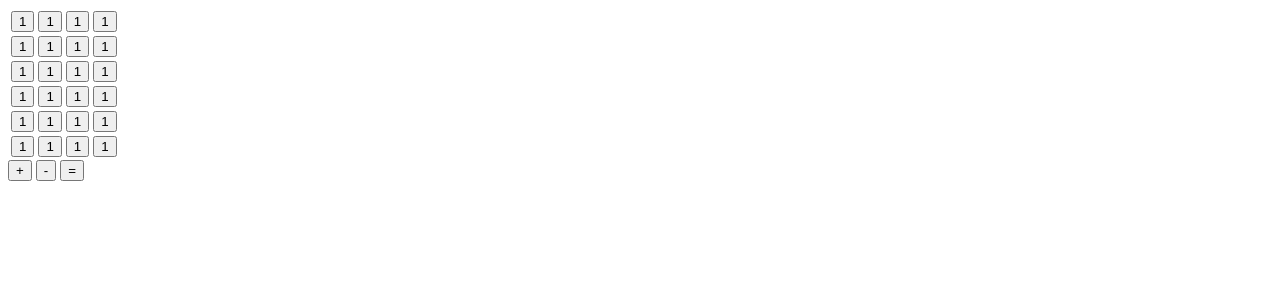
Repository: water-case/Servlet_JSP_JSPMVC
Page: workspace/JSPPrj/src/main/webapp/calc3.html
The author's editor kept a copy of each file at every save. The page is drawn from the files as they stood at one save, then again after the next save.
The browser window is 1280 px wide. The pictures show the whole page.

Above is the page before, as saved 2021-08-26 03:48:36.

After the next save:
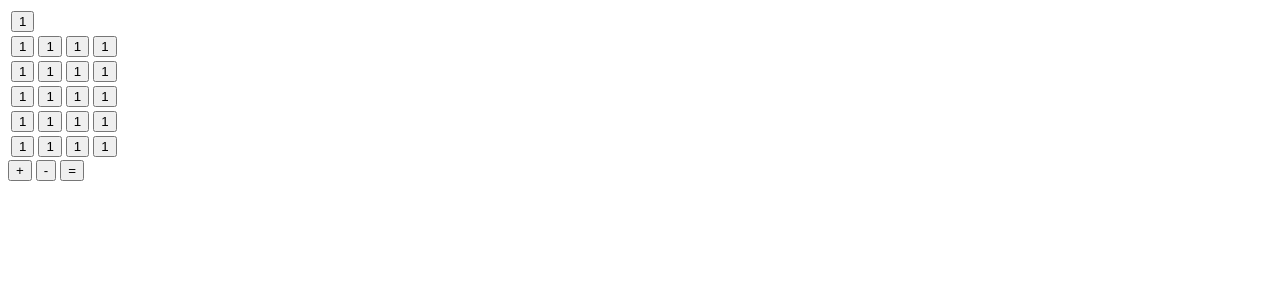
Saved 21 s later.
--- a/workspace/JSPPrj/src/main/webapp/calc3.html
+++ b/workspace/JSPPrj/src/main/webapp/calc3.html
@@ -9,9 +9,6 @@
 		<form action="calc3" method="post">
 			<table>
 				<tr>
-					<td><input type="submit" name="operator" value="1" /></td>
-					<td><input type="submit" name="operator" value="1" /></td>
-					<td><input type="submit" name="operator" value="1" /></td>
 					<td><input type="submit" name="operator" value="1" /></td>
 				</tr>
 				<tr>
